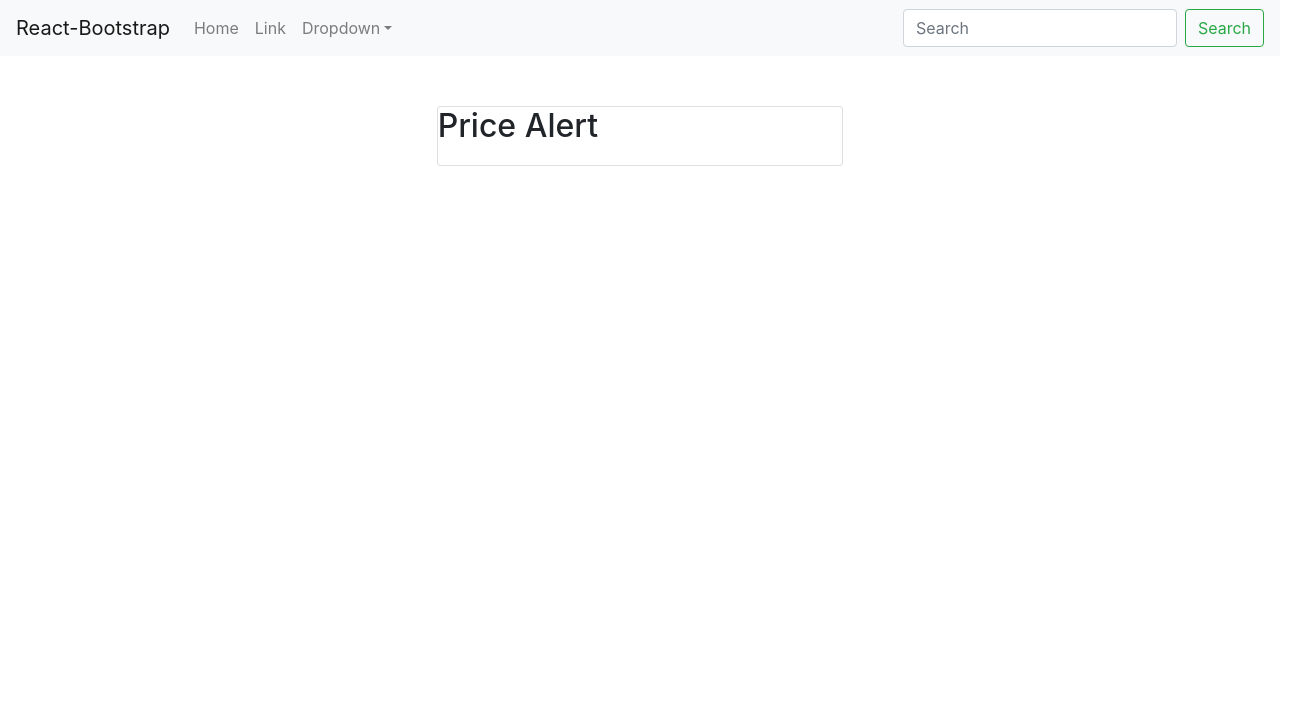
Repository: flychicken123/PriceAlertFront
Page: /
An editor plug-in stored every save of this project. The page is shown before and after the next save, followed by the edit.
The browser window is 1280 px wide. The page is 1295 px wide, then 1280 px, so the pictures cover 1295 px, including what lies to the right of the window. The pictures show the whole page.
The project was rebuilt for these pictures with package versions that can differ from the ones it lists, and the page was loaded fresh each time. Also part of the build but not shown: src/App.css.

Above is the page before, as saved 2021-03-05 16:40:10.

After the next save:
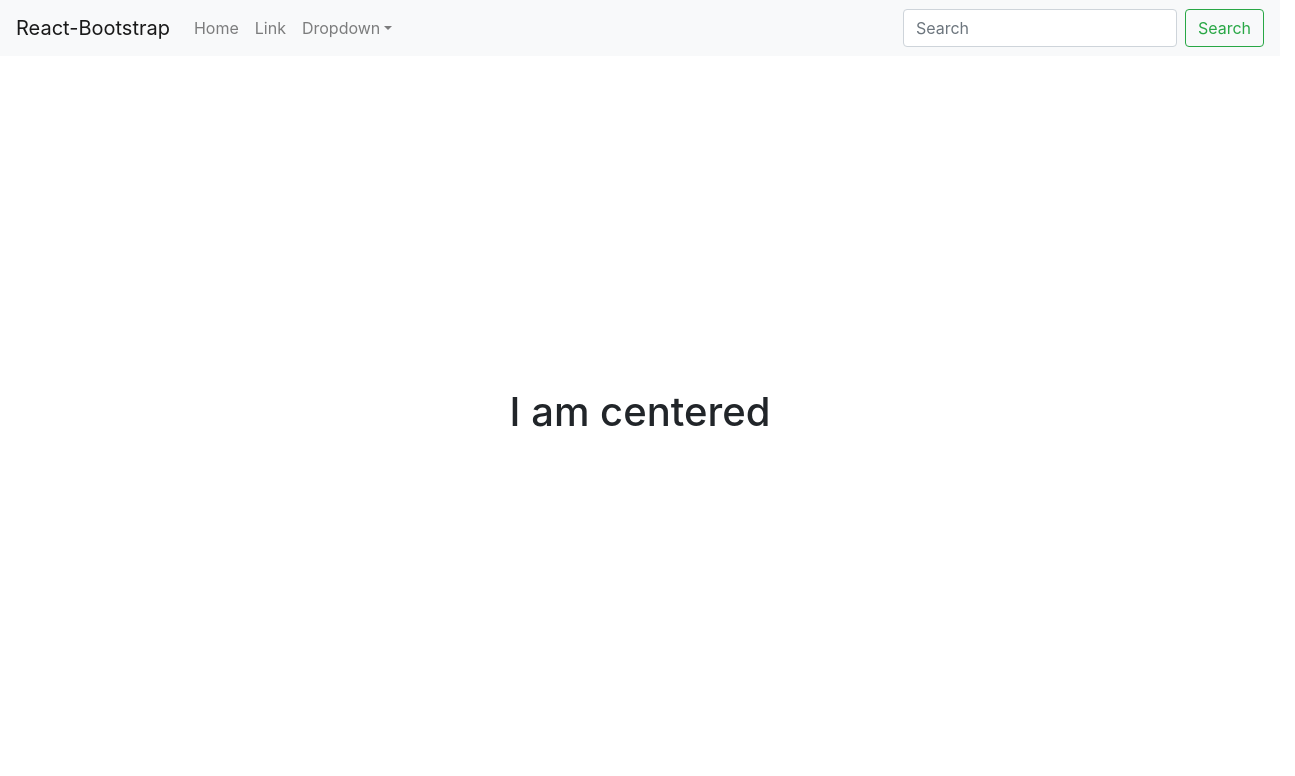
Saved 25 s later.
--- a/src/components/Home.js
+++ b/src/components/Home.js
@@ -3,17 +3,9 @@ import { Card, Row, Col } from 'react-bootstrap';
 const Home = () => {
     return (
         <div className='mainControl'>
-            <container>
-                <Row>
-                    <Col />
-                    <Col>
-                        <Card style={{ marginTop: 50, marginBottom: 50 }}>
-                            <Card.Title><h2>Price Alert</h2></Card.Title>
-                        </Card>
-                    </Col>
-                    <Col />
-                </Row>
-            </container>
+            <div style={{ display: 'flex', justifyContent: 'center', alignItems: 'center', height: '100vh' }}>
+                <h1> I am centered </h1>
+            </div>
         </div>
     )
 }
